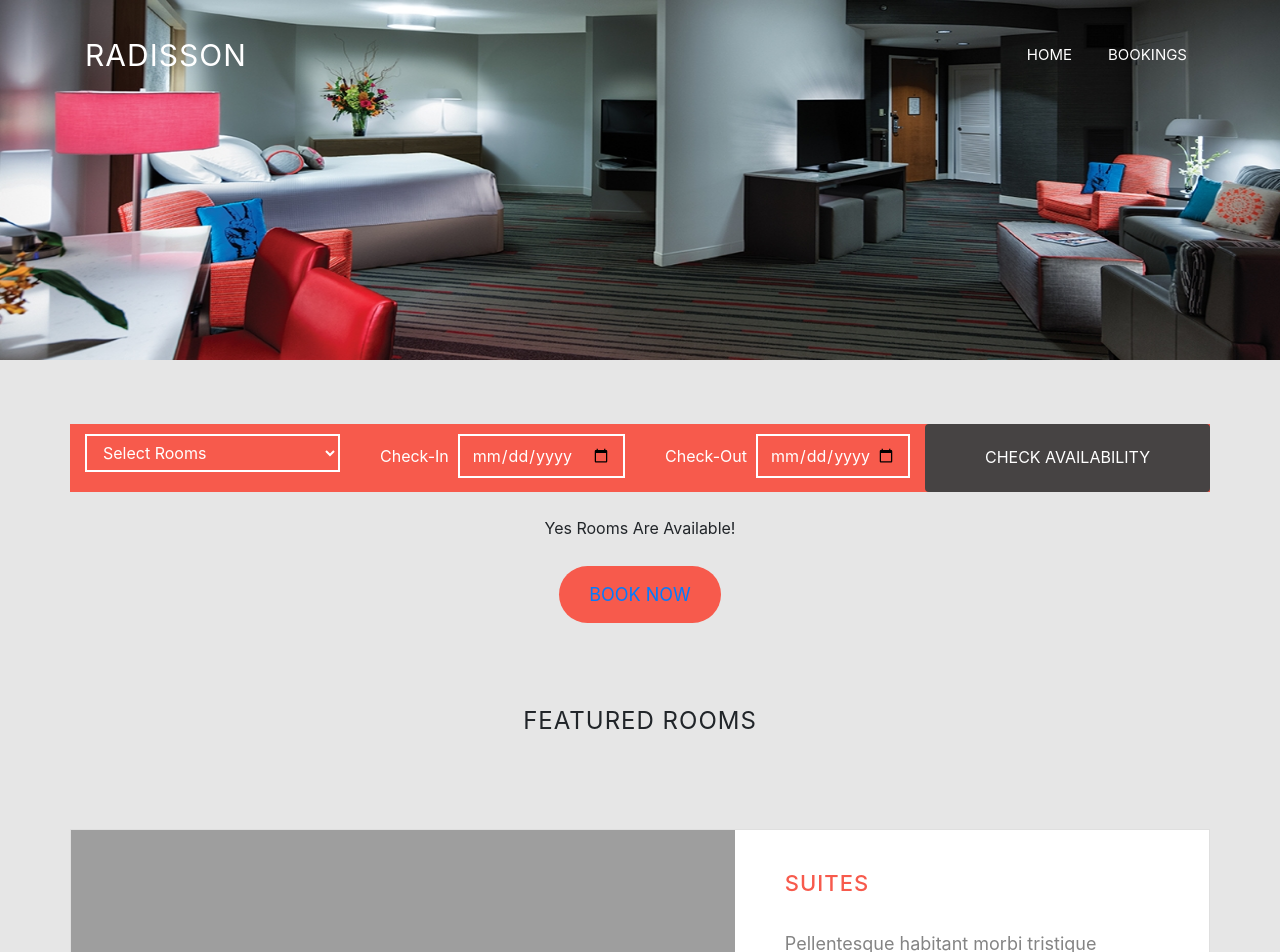
Repository: kapsky5/HotelManagement
Page: rooms.html
An editor plug-in stored every save of this project. The page is shown before and after the next save, followed by the edit.
The browser window is 1280 px wide. The pictures show the part of the page from y = 0 to 952 px (the page is 2197 px tall).
Pictures or frames that could not be fetched are drawn as grey boxes. Some web libraries are served in a nearby version.

Above is the page before, as saved 2019-11-07 03:17:21.

### rooms.html
<!DOCTYPE html>
<html lang="en">
<head>
    <meta charset="UTF-8">
    <meta name="viewport" content="width=device-width, initial-scale=1.0">
    <meta http-equiv="X-UA-Compatible" content="ie=edge">
    <title>RADISSON BLU</title>
    <link rel="stylesheet" href="css/main.css">
    <link rel="stylesheet" href="https://maxcdn.bootstrapcdn.com/bootstrap/4.0.0/css/bootstrap.min.css" integrity="sha384-Gn5384xqQ1aoWXA+058RXPxPg6fy4IWvTNh0E263XmFcJlSAwiGgFAW/dAiS6JXm" crossorigin="anonymous">
    <!-- <script src="https://kit.fontawesome.com/82e6195eae.js" crossorigin="anonymous"></script> -->
</head>
<body>

    <nav class="navbar navbar-expand-lg navbar-light fixed-top" id="caro" style="margin-top: 20px;">
        <div class="container">
            <a class="navbar-brand" href="#">RADISSON</a>
            <button class="navbar-toggler" type="button" data-toggle="collapse" data-target="#navbarSupportedContent">
                <span class="navbar-toggler-icon"></span>
            </button>

            <div class="collapse navbar-collapse" id="navbarSupportedContent" >
                <ul class="navbar-nav ml-auto">
                    <li class="nav-item active ">
                        <a class="nav-link" href="./index.html">Home <span class="sr-only">(current)</span></a>
                    </li>
                    <li class="nav-item">
                        <a class="nav-link" href="./rooms.html">Bookings</a>
                    </li>
                </ul>
            </div>
        </div>
    </nav>

    <div>
        <img src="./images/cover1.jpg" class="image">
    </div>

    <div class="containerz">
        <div class="container" style="padding: 0px;">
            <br>
            <div class="row avail">
                <div class="col-md-3" style="padding-top: 10px;">
                    <div class="form-group">
                        <select class="form-control" placeholder="Select-Room">
                            <option>Select Rooms</option>
                            <option>Suites</option>
                            <option>Deluxe Rooms</option>
                            <option>King Rooms</option>
                            <option>Single</option>
                        </select>
                    </div>
                </div>
                <div class="col-md-3" style="padding-top: 10px;">
                    <div class="input-group">
                        <div class="input-group-prepend" style="padding: 10px;">
                            <span>Check-In</span>
                        </div>
                        <input class="form-control" type="date" id="from">
                    </div>
                </div>
                <div class="col-md-3" style="padding-top: 10px;">
                    <div class="input-group">
                        <div class="input-group-prepend" style="padding: 10px;" >
                            <span>Check-Out</span>
                        </div>
                        <input class="form-control" type="date" id="to">
                    </div>
                </div>
                <button class="col-md-3 btn btn-default" style="background-color: #464343; padding-top: 20px;" type="submit">
                    <div class="text-center" style="color: white;">
                        <p>CHECK AVAILABILITY</p>
                    </div>
                </button>
            </div>

            <div class="text-center result">
                <br>
                <p>Yes Rooms Are Available!</p>
                <button class="btn btn-default" style="color: white;"><a href="./booking.html">Book Now</a></button>
            </div>

            <div class="text-center" style="padding: 70px 0 50px 0;">
                <p class="heading1">Featured rooms</p>
            </div>
            <br>
            <div class="card">
                <div class="card-body">
                    <div class="row">
                        <div class="col-md-7 imgx">
                            <img class="room-img" src="images/suite.jpg">
                        </div>
                        <div class="col-md-5 dpt" >
                            <h3 class="head-room">Suites</h3>
                            <br>
                            <p>Pellentesque habitant morbi tristique senectus et netus ett mauada fames ac turpis egestas. Etiam euismod tempor leo, in suscipit urna condimentum sed. Vivamus augue enim, consectetur ac interdum a, pulvinar ac massa. Nullam malesuada congue</p>
                            <br>
                            <button class="btn">Book Now</button>
                        </div>
                    </div>
                </div>
            </div>
            <div class="card" style="margin: 40px 0px;">
                <div class="card-body">
                    <div class="row">
                        <div class="col-md-6 dpt">
                            <h3 class="head-room">King rooms</h3>
                            <br>
                            <p>Pellentesque habitant morbi tristique senectus et netus ett mauada fames ac turpis egestas. Etiam euismod tempor leo, in suscipit urna condimentum sed. Vivamus augue enim, consectetur ac interdum a, pulvinar ac massa. Nullam malesuada congue</p>
                            <br>
                            <button class="btn">Book Now</button>
                        </div>
                        <div class="col-md-6 imgx">
                            <img class="room-img" src="images/suite.jpg">
                        </div>
                    </div>
                </div>
            </div>
            <div class="card" >
                <div class="card-body">
                    <div class="row">
                        <div class="col-md-3 imgx">
                            <img class="room-img" src="images/suite.jpg">
                        </div>
                        <div class="col-md-3 dpts" >
                            <h3 class="head-room">Single</h3>
                            <br>
                            <p>Pellentesque habitant morbi tristique senectus et netus ett mauada fames ac turpis egestas. Etiam euismod tempor leo, in suscipit urna condimentum sed.</p>
                            <br>
                            <button class="btn">Book Now</button>
                        </div>
                        <div class="col-md-3 imgx   ">
                            <img class="room-img" src="images/suite.jpg">
                        </div>
                        <div class="col-md-3 dpts">
                            <h3 class="head-room">Suite</h3>
                            <br>
                            <p>Pellentesque habitant morbi tristique senectus et netus ett mauada fames ac turpis egestas. Etiam euismod tempor leo, in suscipit urna condimentum sed.</p>
                            <br>
                            <button class="btn">Book Now</button>
                        </div>
                    </div>
                </div>
            </div>

        </div>
    </div>

    <script src="https://code.jquery.com/jquery-3.2.1.slim.min.js" integrity="sha384-KJ3o2DKtIkvYIK3UENzmM7KCkRr/rE9/Qpg6aAZGJwFDMVNA/GpGFF93hXpG5KkN" crossorigin="anonymous"></script>
    <script src="https://cdnjs.cloudflare.com/ajax/libs/popper.js/1.12.9/umd/popper.min.js" integrity="sha384-ApNbgh9B+Y1QKtv3Rn7W3mgPxhU9K/ScQsAP7hUibX39j7fakFPskvXusvfa0b4Q" crossorigin="anonymous"></script>
    <script src="https://maxcdn.bootstrapcdn.com/bootstrap/4.0.0/js/bootstrap.min.js" integrity="sha384-JZR6Spejh4U02d8jOt6vLEHfe/JQGiRRSQQxSfFWpi1MquVdAyjUar5+76PVCmYl" crossorigin="anonymous"></script>
</body>
</html>

<!--
<div class="image" style="background-image:url(assets/images/hotel_feture_1.jpg);">
    <div class="descrip text-center">
      <p><small>For as low as</small><span>$100/night</span></p>
    </div>
  </div> -->

### css/main.css
.fixed-top{
    position: absolute !important;
}
.carousel-item{
    height: 100vh;
    min-height: 300px;
    background: no-repeat center center scroll;
    -webkit-baackground-size: cover;
    background-size: cover;
    position: absolute;
}
.carousel-caption {
    top: 40% !important;
}
.carousel-caption h5{
    color: #ffffff;
    text-transform: uppercase;
    font-size: 35px;
    letter-spacing: 2px;
    margin-top:25px;
}
.navbar-light .nav-link{
    text-transform: uppercase;
    color: #ffffff !important;
    font-size: 15px;
    margin-left: 20px;
}
.navbar-light .navbar-brand{
    color: #ffffff !important;
    font-size: 30px;
    letter-spacing: 1px;
}
.nav-link:active, .nav-link:hover {
    color: #F75A4C !important;
}
.carousel-caption .btn {
    margin: 40px 20px;
    padding: 15px 30px;
    border-radius: 40px;
    background: #F75A4C;
    border: none;
    text-transform: uppercase;
    font-size: 18px;
}
.carousel-caption .btn:hover{
    background: #454244;
}
.fac{
    margin: 0 auto;
    font-size: 25px;
    letter-spacing: 1px;
}
.tabx h6{
    font-weight: 600 !important;
}
.nav-item.nav-link{
    color: rgb(192, 192, 192);
}
.nav-item.nav-link.active{
    color: #F75A4C !important;
    background-color: #ffffff !important;
}
#tabs .nav > a{
    border-radius: 0px;
    padding: 40px 1rem;
    border-bottom: 1px solid rgb(192, 192, 192);
}
#tabs .nav > a.active{
    border-bottom: 1px solid #F75A4C;
}
.containerx{
    padding: 40px;
}
.containerx p{
    font-size: 18px;
    line-height: 1.8;
    color: #848484;
}
.tabImg{
    max-width: 100%;
    height: 550px;
}
.heading{
    color: #F75A4C;
    text-transform: uppercase;
    margin-bottom: 20px;
}
.sub-heading{
    margin-top: 20px;
    font-size: 16px;
    color: rgb(192, 192, 192);
}
.foot{
    margin-top: 50px;
    background-color: #E6E6E6;
}
.rowinfoot{
    padding: 30px 0px;
}
.foo-head{
    font-size: 20px;
    color: #F75A4C;
    margin: 20px 0;
}
.foo-text{
    font-size: 16px;
    line-height: 1.5;
}
.foo-text li a{
    color: black;
    text-decoration: none;
}
.copyright {
    color: white;
    background: #554f53;
    justify-content: center;
}
.copyright p{
    margin-bottom: 0;
}
.image{
    width: 100%;
    height: 50vh;
}
.containerz{
    background-color: #E6E6E6;
}
.heading1{
    text-transform: uppercase;
    font-size: 24px;
    letter-spacing: 1px;
}
.room-img{
    width: 100%;
    height: 415px;
}
.card{
    border-radius: 0px !important;
}
.card-body{
    padding: 0px !important;
}
.head-room{
    color: #F75A4C;
    font-size: 22px;
    text-transform: uppercase;
    letter-spacing: 1px;
}
.card-body.row.col-md-5, .card-body.row.col-md-7, .card-body.row.col-md-6, .card-body.row.col-md-3{
    padding: 0px !important;
}

.containerz .imgx, .containerz .imgx{
    padding: 0px !important;
}
.dpt, .dpts{
    padding: 40px 50px !important;
}
.dpt p{
    font-size: 18px;
    line-height: 1.8;
    color: #848484;
}
.dpts p{
    font-size: 16px;
    line-height: 1.5;
    color: #848484;
}
.row{
    margin: 0px !important;
}
.card .btn{
    padding: 10px 30px;
    border-radius: 0px;
    background: #F75A4C;
    border: none;
    text-transform: uppercase;
    font-size: 18px;
}
.avail{
    color: white;
    margin-top: 40px !important;
    background-color: #F75A4C;
    padding: auto auto;
}
.form-control{
    background-color: #F75A4C !important;
    color: white !important;
    border-radius: 0 !important;
    border: 2px solid white !important;
}
input[type=date]::-webkit-inner-spin-button {
    -webkit-appearance: none;
    display: none;
}
.result .btn{
    margin: 10px 20px;
    padding: 15px 30px;
    border-radius: 40px;
    background: #F75A4C;
    border: none;
    text-transform: uppercase;
    font-size: 18px;
}

After the next save:
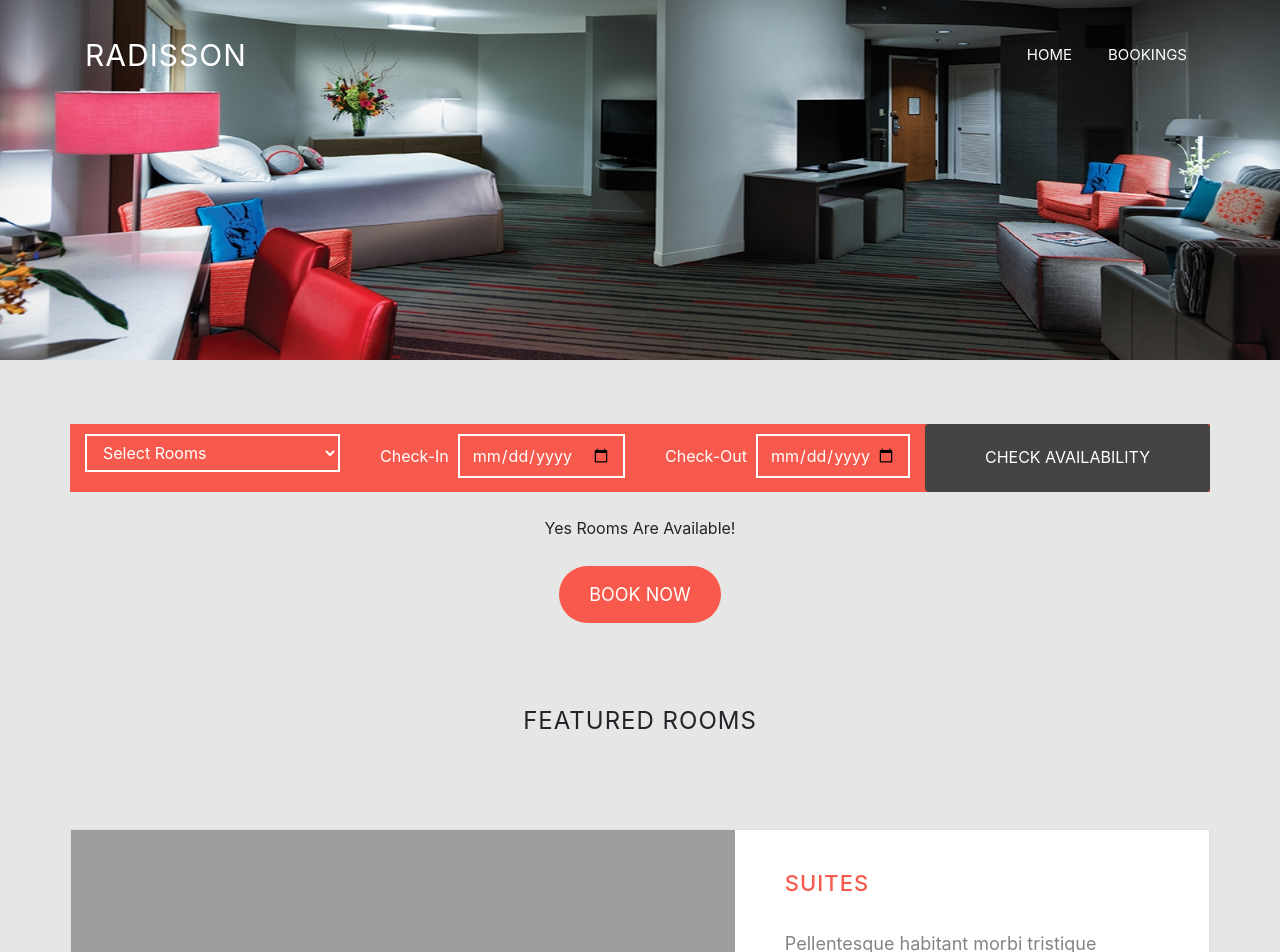
Saved 2 min 38 s later.
--- a/rooms.html
+++ b/rooms.html
@@ -76,7 +76,9 @@
             <div class="text-center result">
                 <br>
                 <p>Yes Rooms Are Available!</p>
-                <button class="btn btn-default" style="color: white;"><a href="./booking.html">Book Now</a></button>
+                <a href="./booking.html">
+                    <div class="btn btn-default" style="color: white;">Book Now</div>
+                </a>
             </div>
 
             <div class="text-center" style="padding: 70px 0 50px 0;">
